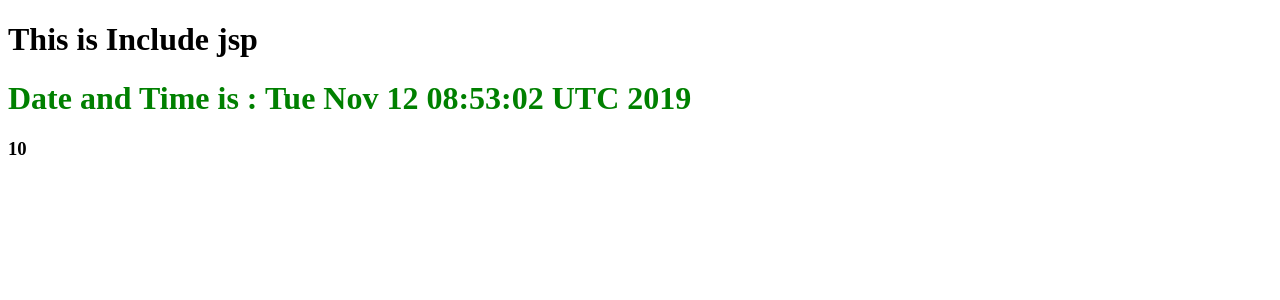
Repository: abhinavk718/servlet-project
Page: http://localhost/myfirstwebapp/incliude.jsp
An editor plug-in stored every save of this project. The page is shown before and after the next save, followed by the edit.
The browser window is 1280 px wide. The pictures show the whole page.
The page is served by Tomcat 9. Other server files are loaded and not shown.

Above is the page before, as saved 2019-11-18 08:10:09.

### myfirstwebapp/WebContent/incliude.jsp
<%@ page language="java" contentType="text/html; charset=ISO-8859-1"
    pageEncoding="ISO-8859-1"%>
<!DOCTYPE html>
<html>
<head>
<meta charset="ISO-8859-1">
<title>Include JSP</title>
</head>
<body>
   <h1>This is Include jsp</h1>
   <jsp:include page="/index.jsp"></jsp:include>
</body>
</html>

### myfirstwebapp/WebContent/index.jsp
<!DOCTYPE html>
<%@page import="java.util.Date"%>
<%!
public void jspInit()
{
	System.out.println("this is init phase");
}
%>

<%!
public void jspDestroy()
{
	System.out.println("this is destroy phase");
}
%>
<html>
<head>
<%

Date date=new Date();
m();

%>
<%!
  public int i=10;
   public void m(){
	   System.out.println(i);
   }
%>
<meta charset="ISO-8859-1">
<title>Insert title here</title>
</head>
<body>
    <h1 style="color:green;">Date and Time is : <%=date%></h1>
    <h3><%=i %></h3>
</body>
</html>

### myfirstwebapp/WebContent/index.html
<!DOCTYPE html>
<html>
<head>
<meta charset="ISO-8859-1">
<title>Insert title here</title>
</head>
<body>
<h1>Date and Time is : 12:45:10 PM</h1>
</body>
</html>

After the next save:
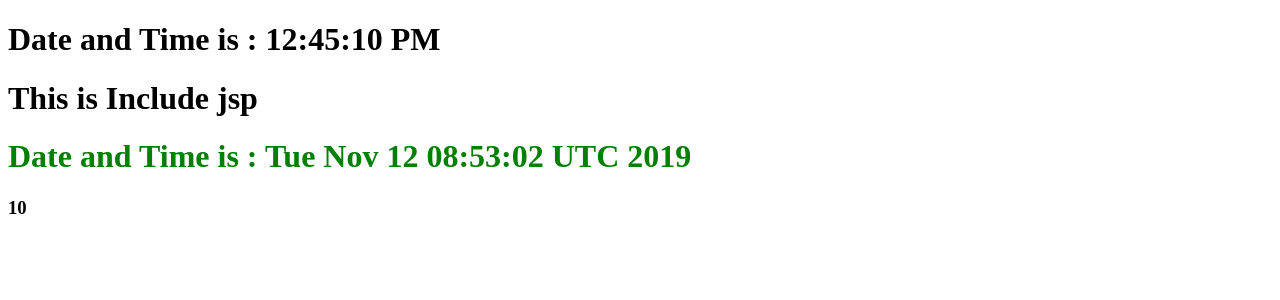
Saved 102 min 3 s later.
--- a/myfirstwebapp/WebContent/incliude.jsp
+++ b/myfirstwebapp/WebContent/incliude.jsp
@@ -1,5 +1,6 @@
 <%@ page language="java" contentType="text/html; charset=ISO-8859-1"
     pageEncoding="ISO-8859-1"%>
+    <%@include file="/index.html" %>
 <!DOCTYPE html>
 <html>
 <head>
